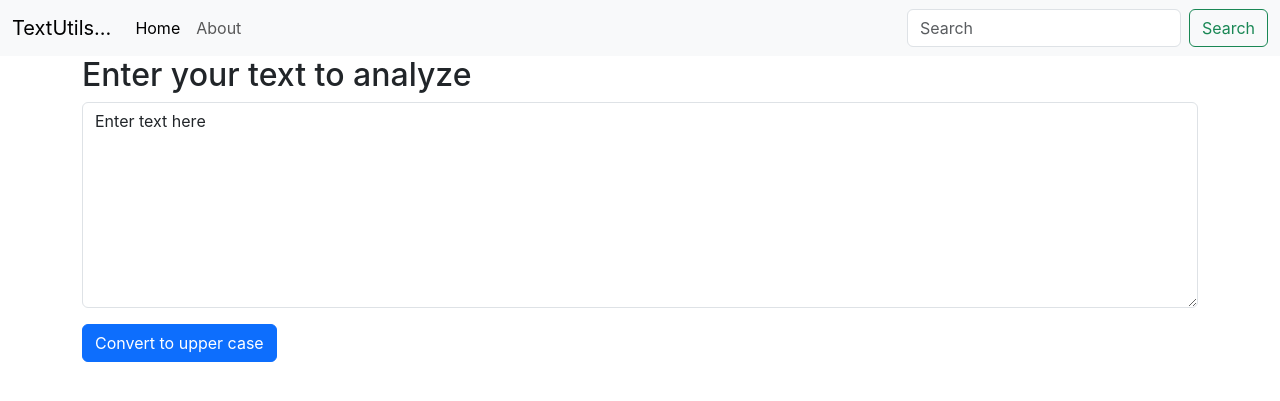
Repository: SujanNagaju/react-demo
Page: /
These files come from the project's save history. The page is drawn as it stood at one moment and after the next save; the edit follows.
The browser window is 1280 px wide. The pictures show the whole page.
The project was rebuilt for these pictures with package versions that can differ from the ones it lists, and the page was loaded fresh each time. Also part of the build but not shown: src/App.css.

Above is the page before, as saved 2024-12-29 13:57:57.

### public/index.html
<!DOCTYPE html>
<html lang="en">
  <head>
    <meta charset="utf-8" />
    <link rel="icon" href="%PUBLIC_URL%/favicon.ico" />
    <meta name="viewport" content="width=device-width, initial-scale=1" />
    <meta name="theme-color" content="#000000" />
    <meta
      name="description"
      content="Web site created using create-react-app"
    />
    <link rel="apple-touch-icon" href="%PUBLIC_URL%/logo192.png" />
    <!--
      manifest.json provides metadata used when your web app is installed on a
      user's mobile device or desktop. See https://developers.google.com/web/fundamentals/web-app-manifest/
    -->
    <link rel="manifest" href="%PUBLIC_URL%/manifest.json" />
    <!--
      Notice the use of %PUBLIC_URL% in the tags above.
      It will be replaced with the URL of the `public` folder during the build.
      Only files inside the `public` folder can be referenced from the HTML.

      Unlike "/favicon.ico" or "favicon.ico", "%PUBLIC_URL%/favicon.ico" will
      work correctly both with client-side routing and a non-root public URL.
      Learn how to configure a non-root public URL by running `npm run build`.
    -->
    <link href="https://cdn.jsdelivr.net/npm/bootstrap@5.3.3/dist/css/bootstrap.min.css" rel="stylesheet" integrity="sha384-QWTKZyjpPEjISv5WaRU9OFeRpok6YctnYmDr5pNlyT2bRjXh0JMhjY6hW+ALEwIH" crossorigin="anonymous">
    <title>React App</title>
  </head>
  <body>
    <noscript>You need to enable JavaScript to run this app.</noscript>
    <div id="root"></div>
    <!--
      This HTML file is a template.
      If you open it directly in the browser, you will see an empty page.

      You can add webfonts, meta tags, or analytics to this file.
      The build step will place the bundled scripts into the <body> tag.

      To begin the development, run `npm start` or `yarn start`.
      To create a production bundle, use `npm run build` or `yarn build`.
    -->
    <script src="https://cdn.jsdelivr.net/npm/bootstrap@5.3.3/dist/js/bootstrap.bundle.min.js" integrity="sha384-YvpcrYf0tY3lHB60NNkmXc5s9fDVZLESaAA55NDzOxhy9GkcIdslK1eN7N6jIeHz" crossorigin="anonymous"></script>

  </body>
</html>

### src/App.js
// logo from './logo.svg';
import './App.css';
import Navbar from './components/Navbar';
import TextForm from './components/TextForm';
function App() {
  return (
    <>

      {/* <Navbar title="TextUtils..." aboutText="About"/> */}
      <Navbar title="TextUtils..."/>
      <div className="container">
        <TextForm heading="Enter your text to analyze"/>
      </div>
    </>
  );
}

export default App;

### src/components/Navbar.js
import React from 'react'
import PropTypes from 'prop-types';


export default function Navbar({title="TextUtils", aboutText="About"}) {
  return (
    <nav className="navbar navbar-expand-lg bg-body-tertiary">
        <div className="container-fluid">
            <a className="navbar-brand" href="/">{title}</a>
            <button className="navbar-toggler" type="button" data-bs-toggle="collapse" data-bs-target="#navbarSupportedContent" aria-controls="navbarSupportedContent" aria-expanded="false" aria-label="Toggle navigation">
            <span className="navbar-toggler-icon"></span>
            </button>
            <div className="collapse navbar-collapse" id="navbarSupportedContent">
            <ul className="navbar-nav me-auto mb-2 mb-lg-0">
                <li className="nav-item">
                <a className="nav-link active" aria-current="page" href="/">Home</a>
                </li>
                <li className="nav-item">
                <a className="nav-link" href="/">{aboutText}</a>
                </li>

            </ul>
            <form className="d-flex" role="search">
                <input className="form-control me-2" type="search" placeholder="Search" aria-label="Search"/>
                <button className="btn btn-outline-success" type="submit">Search</button>
            </form>
            </div>
        </div>
    </nav>
  )
}


Navbar.propTypes = {
    title: PropTypes.string.isRequired,
    aboutText: PropTypes.string.isRequired
}

### src/components/TextForm.js
import React, {useState} from 'react';

export default function TextForm(props) {
  const handleUpClick = ()=> {
    // console.log( "Uppercase was clicked" );
    let newText = text.toUpperCase();
    setText( newText );
  }

  const handleOnChange = (event)=> {
    // console.log( "handle text change" );
    setText(event.target.value);
  }

  const [text, setText] = useState("Enter text here");
  return (
    <>
    <div>
      <h2>{props.heading}</h2>
        <div className="mb-3">
            <textarea className="form-control" id="textBox" onChange={handleOnChange} value={text} rows="8"></textarea>
        </div>
        <button className="btn btn-primary" onClick={handleUpClick}>Convert to upper case</button>
    </div>
    </>
  )
}

Loaded but not shown: src/index.js (common file); src/index.css (common file); src/reportWebVitals.js (common file)

After the next save:
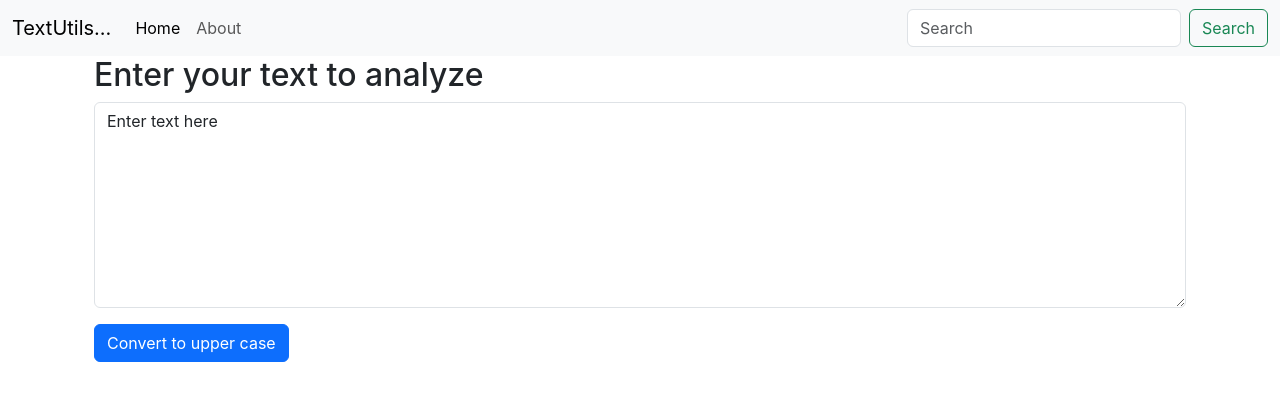
Saved 14 s later.
--- a/src/components/TextForm.js
+++ b/src/components/TextForm.js
@@ -15,13 +15,13 @@
   const [text, setText] = useState("Enter text here");
   return (
     <>
-    <div>
-      <h2>{props.heading}</h2>
-        <div className="mb-3">
-            <textarea className="form-control" id="textBox" onChange={handleOnChange} value={text} rows="8"></textarea>
-        </div>
-        <button className="btn btn-primary" onClick={handleUpClick}>Convert to upper case</button>
-    </div>
+      <div className="container">
+        <h2>{props.heading}</h2>
+          <div className="mb-3">
+              <textarea className="form-control" id="textBox" onChange={handleOnChange} value={text} rows="8"></textarea>
+          </div>
+          <button className="btn btn-primary" onClick={handleUpClick}>Convert to upper case</button>
+      </div>
     </>
   )
 }
